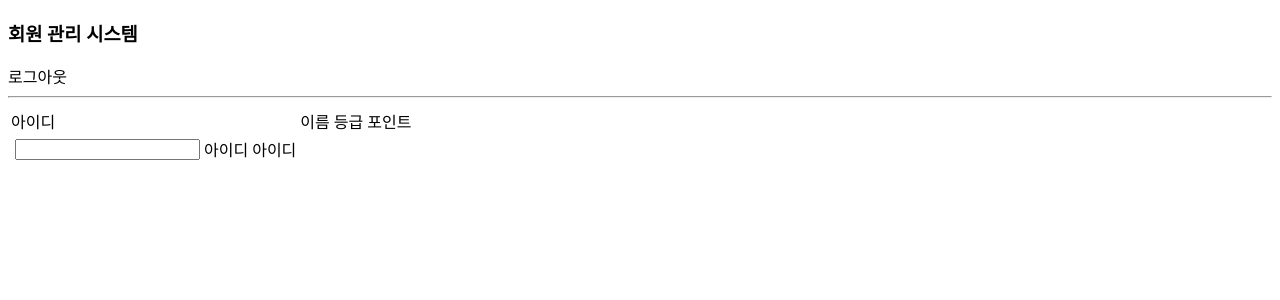
Repository: yangchunsick/JSPstudy
Page: http://localhost/ServerProgram/views/Detail.jsp
An editor plug-in stored every save of this project. The page is shown before and after the next save, followed by the edit.
The browser window is 1280 px wide. The pictures show the whole page.
The page is served by Tomcat 9.

Above is the page before, as saved 2021-11-16 08:15:05.

After the next save:
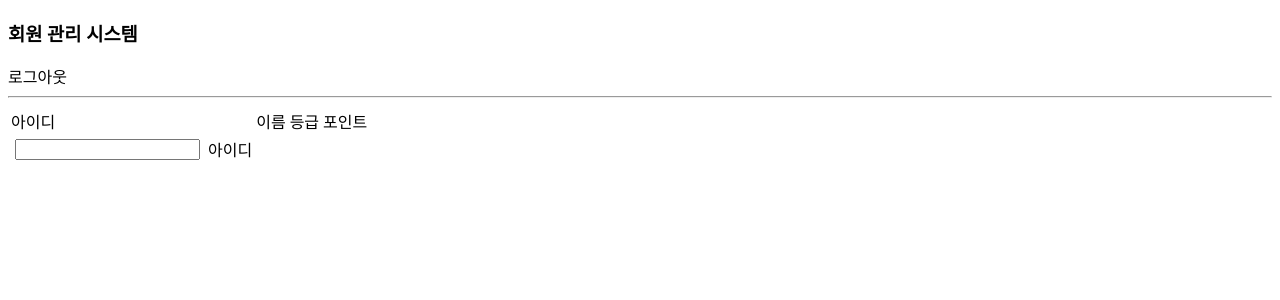
Saved 11 s later.
--- a/worksapce/ServerProgram/WebContent/views/Detail.jsp
+++ b/worksapce/ServerProgram/WebContent/views/Detail.jsp
@@ -24,7 +24,7 @@
 		<tr>
 			<td>${members.ID}</td>
 			<td><input type="text" name="name" value="${members.NAME}"></td>
-			<td>아이디</td>
+			<td>${members.GRADE}</td>
 			<td>아이디</td>
 		</tr>
 	</tbody>
